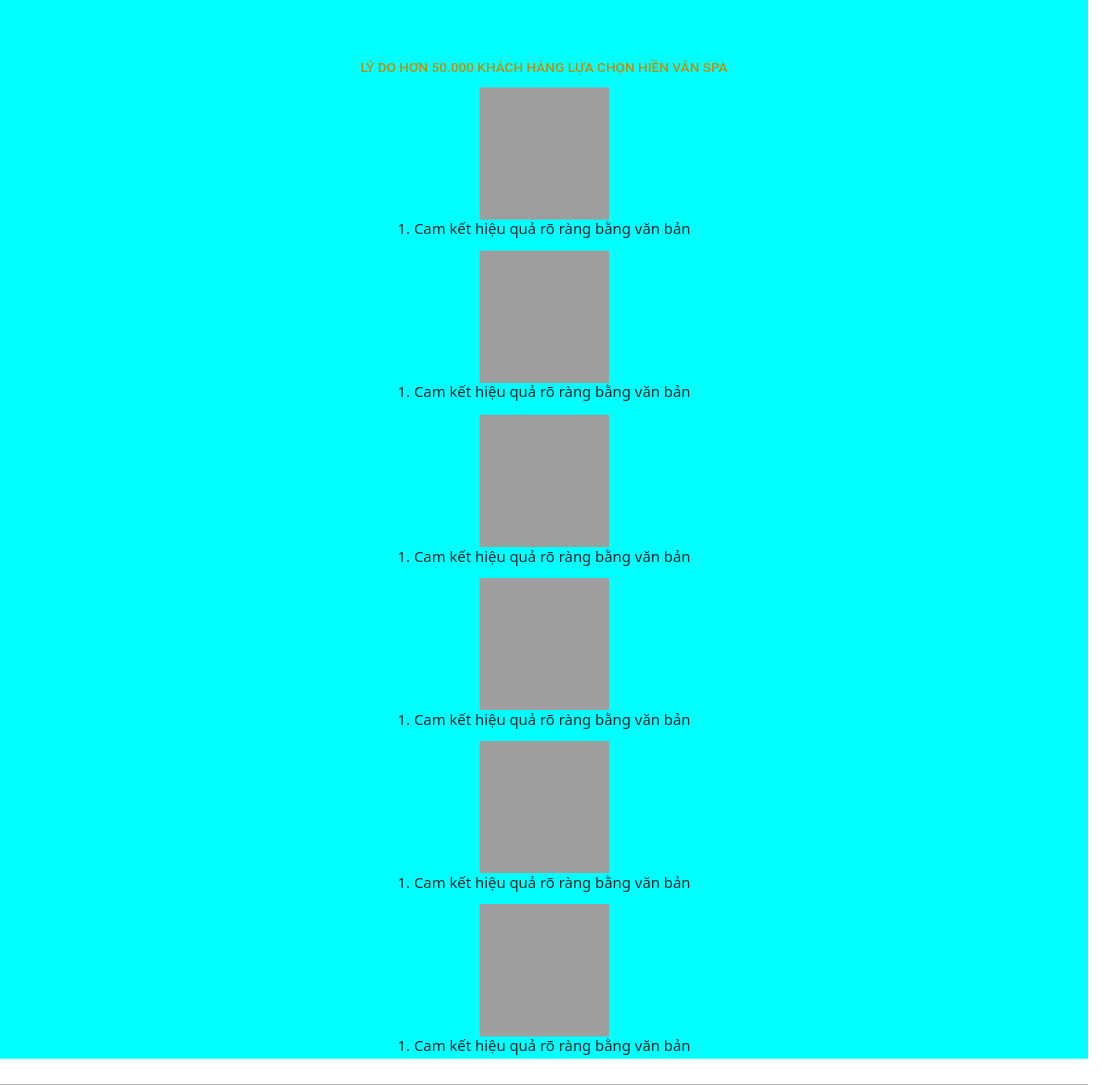
Repository: tranduykhuong/SpaKimBong
Page: /about
The author's editor kept a copy of each file at every save. The page is drawn from the files as they stood at one save, then again after the next save.
The browser window is 1280 px wide. The page is 1302 px wide, so the pictures cover 1302 px, including what lies to the right of the window. The pictures show the part of the page from y = 2229 to 3505 px (the page is 4475 px tall before and 4480 px after), at 85% of full size.
Pictures or frames that could not be fetched are drawn as grey boxes. The project was rebuilt for these pictures with package versions that can differ from the ones it lists, and the page was loaded fresh each time. Also part of the build but not shown: src/components/Header/Slider/slider.scss, src/components/Header/Slider/Slider.js, src/components/Header/ListImage/listImage.scss, src/components/Header/ListImage/ListImage.js, src/pages/Home/home.scss, src/pages/Home/ListImage/listImage.scss, src/pages/Home/ListImage/ListImage.js, src/pages/Home/BookOnline/bookOnl.scss and 6 more.

Above is the page before, as saved 2022-06-03 23:10:37.

### src/App.js
import "./App.css";
import Header from "./components/Header/Header";
import Home from "./pages/Home/Home";
import "bootstrap/dist/css/bootstrap.min.css";
import { Route, Routes } from "react-router-dom";
import About from "./pages/About/About";

function App() {
  return (
    <div className="App">
      <Header />
      <Routes>
        <Route path="/" element={<Home />} />
        <Route path="/about" element={<About />} />
      </Routes>
    </div>
  );
}

export default App;

### src/components/Header/Header.js
import React, { useEffect, useState } from "react";
import "./header.scss";
import { BsSearch, BsFacebook } from "react-icons/bs";
import { BiPhoneCall } from "react-icons/bi";
import Slider from "./Slider/Slider";
import ListImage from "./ListImage/ListImage";
import { Link, useLocation } from "react-router-dom";

function Header() {
  const path = useLocation().pathname;
  const [fixedNavbar, setFixedNavbar] = useState(false);

  useEffect(() => {
    // set fixed navbar
    const handleScroll = () => {
      if (window.scrollY < 1) {
        setFixedNavbar(true);
      }

      if (window.scrollY > 170) setFixedNavbar(true);
      else setFixedNavbar(false);
    };

    window.addEventListener("scroll", handleScroll);

    // cleanup function
    return () => {
      window.removeEventListener("scroll", handleScroll);
    };
  }, []);

  return (
    <div className="header">
      <div className={"infor " + (fixedNavbar ? "mg-navbar" : "")}>
        <div className="logo">
          <img src="../../img/logoSpa.png" alt="" />
          <div className="nameSpa">
            <h4>Thẩm mỹ - Uốn tóc</h4>
            <h2>Kim Bông</h2>
          </div>
        </div>

        <div className="search">
          <input type="text" placeholder="Tìm kiếm sản phẩm/ bài viết ..." />
          <a className="icon">
            <BsSearch className="iconSearch" />
          </a>
        </div>

        <div className="contact">
          <a href="/" className="icon">
            <BsFacebook className="iconFacebook" />
          </a>
          <a href="/" className="icon">
            <img src="../../img/Zalo.png" alt="" className="iconZalo" />
          </a>

          <div className="phone">
            <BiPhoneCall className="iconPhone" />
            <h3>03 0304 0506</h3>
          </div>
        </div>
      </div>
      <div className={"myNavbar " + (fixedNavbar ? "fixedNavbar" : "")}>
        <div className="navbarContent">
          <ul className="navbarList">
            <li className={path === "/" ? "active" : ""}>
              <Link to="/">TRANG CHỦ</Link>
            </li>
            <li className={path === "/about" ? "active" : ""}>
              <Link to="/about">GIỚI THIỆU</Link>
            </li>
            <li className={path === "/skin" ? "active" : ""}>
              <Link to="/">CHĂM SÓC DA</Link>
            </li>
            <li className={path === "/acne" ? "active" : ""}>
              <Link to="/">TRỊ MỤN</Link>
            </li>
            <li className={path === "/open-time" ? "active" : ""}>
              <Link to="/">LỊCH MỞ CỬA</Link>
            </li>
          </ul>
        </div>
      </div>
      {/* <Slider /> */}
      {/* <ListImage /> */}
    </div>
  );
}

export default Header;

### src/components/Header/header.scss
$height-navbar: 5rem;

.header {
    .mg-navbar {
        margin-bottom: $height-navbar;
    }

    .infor {
        max-width: 1200px;
        padding: .6rem 0;
        display: flex;
        justify-content: space-between;

        .logo {
            display: flex;
            flex: 1;

            img {
                height: 10rem;
            }

            .nameSpa {
                color: #eb288c;
                margin: auto 0;

                h4 {
                    font-size: 1.8rem;
                    font-weight: 500;
                }

                h2 {
                    font-size: 2.4rem;
                }
            }
        }


        .search {
            margin: auto 0;
            border-radius: 50px;
            border: solid .1rem #eb288c;
            height: 37px;
            display: flex;

            input {
                font-size: 1.4rem;
                margin: auto 16px;
                min-width: 26rem;
                border: none;
                outline: none;
            }

            .icon {
                margin: auto 10px;
                cursor: pointer;
            }

            .iconSearch {
                width: 1.8rem;
                height: 1.8rem;
                color: #eb288c;

                &:hover {
                    color: #f867b2;
                }
            }
        }

        .contact {
            display: flex;
            margin-left: 20px;

            .icon {
                margin: auto 0;
                margin-left: 10px;

            }

            .iconFacebook {
                width: 2.8rem;
                height: 2.8rem;
                color: rgba($color: #0570e6, $alpha: 1.0);
            }

            .iconZalo {
                width: 2.8rem;
                height: 2.8rem;
                border-radius: 50%;
            }

            .phone {
                margin: auto 0;
                margin-left: 20px;
                display: flex;

                .iconPhone {
                    width: 2.6rem;
                    height: 2.6rem;
                }

                h3 {
                    font-size: 1.4rem;
                    font-weight: 500;
                    margin: auto 4px;
                }
            }

        }
    }

    .fixedNavbar {
        position: fixed;
        top: 0;
        left: 0;
        z-index: 50;
        width: 100%;
        animation: fixedNavbar 1s forwards;
    }

    @keyframes fixedNavbar {
        from {
            top: -5rem;
            opacity: 0;
        }

        to {
            top: 0;
            opacity: 1;
        }
    }

    .myNavbar {
        height: $height-navbar;
        background-color: #eb288c;

        .navbarContent {
            max-width: 1200px;
            margin: 0 auto;

            .navbarList {
                display: flex;
                margin: 0 1rem;
                // justify-content: space-evenly;

                li {
                    list-style: none;

                    a {
                        line-height: $height-navbar;
                        height: $height-navbar;
                        display: block;
                        color: #fff;
                        font-size: 1.6rem;
                        font-weight: 600;
                        text-decoration: none;
                        padding: 0 2rem;
                    }

                    &:hover {
                        background-color: #f844a1;
                        cursor: pointer;
                    }
                }

                .active {
                    background-color: #dd0876;
                }
            }
        }
    }
}

### src/components/Footer/Footer.js
import React, { useEffect } from "react";
import "./footer.scss";
import { BsFacebook } from "react-icons/bs";
import { RiCupLine } from "react-icons/ri";
import { VscFeedback } from "react-icons/vsc";

const Footer = () => {
  return (
    <div className="footer">
      <div className="logo">
        <div className="info">
          <img src="../../img/logoSpa.png" alt="" />
          <div className="nameSpa">
            <h4>Thẩm mỹ - Uốn tóc</h4>
            <h2>Kim Bông</h2>
          </div>
        </div>

        <h5>
          Spa Kim Bông luôn nỗ lực không ngừng để đem đến cho khách hàng những
          dịch vụ hoàn hảo nhất.
        </h5>
      </div>

      <div className="address">
        <h3>Hotline</h3>
        <div className="hotline">03 0304 0506</div>
        <h3>Địa chỉ</h3>
        <h4>Vĩnh Hòa, Chợ Lách, Bến Tre</h4>
        <h3>THỜI GIAN MỞ CỬA</h3>
        <h4>7:00 - 21:00 hàng ngày</h4>
      </div>
      <div className="contact">
        <h3>Kết nối với Kim Bông</h3>
        <a href="/" className="icon">
          <BsFacebook className="iconFacebook" />
        </a>
        <a href="/" className="icon">
          <img src="../../img/Zalo.png" alt="" className="iconZalo" />
        </a>
      </div>

      <div className="subFooter">
        <div className="report">
          <RiCupLine className="icon" />
          <div>
            <h3>Gửi phản hồi</h3>
            <p>Nếu có gì không hài lòng hãy phản hồi với Kim Bông</p>
            <div className="btn">Gửi phản hồi</div>
          </div>
        </div>
        <div className="feedback">
          <VscFeedback className="icon" />
          <div>
            <h3>Nhận xét, Đánh giá</h3>
            <p>
              Nếu bạn đã đến với Spa Kim Bông, hãy để lại nhận xét cho Kim Bông
              nhé
            </p>
            <div className="btn">Nhận xét ngay</div>
          </div>
        </div>
      </div>
    </div>
  );
};

export default Footer;

### src/pages/About/About.scss
.container1 {
  .container-image {
    width: 100%;
    height: 400px;
    // padding: 5rem;
    // display: flex;
    align-items: center;
    justify-content: center;
    background-image: url("https://i.pinimg.com/originals/2c/84/5a/2c845a66b8ad2a8aafd288bdc16cd459.jpg");
  }
  .container-background-content {
    background-image: url("https://i.pinimg.com/originals/2c/84/5a/2c845a66b8ad2a8aafd288bdc16cd459.jpg");

    .container-content {
      display: flex;
      width: 100%;
      background-color: rgba(255, 255, 255, 0.85);

      .content-left {
        width: 60%;
        padding: 0 35px 30px;
        margin-left: 100px;
        text-align: left;

        .title {
          margin: 30px 0;
          h1 {
            font-size: 3rem;
            font-weight: bolder;
            line-height: 1.6;
          }
        }

        .box {
          .box-content-img {
            background-color: #eb288c;
            border-radius: 37px;
            margin-bottom: 30px;
            .image {
              padding: 20px 20px 0 20px;

              img {
                width: 100%;
                height: 200px;
              }
            }

            .content {
              padding: 0 20px 30px 20px;

              p {
                font: 16px Roboto, sans-serif;
                text-align: justify;
                line-height: 1.6;
                color: white;
                font-weight: 500;
              }
            }
          }

          .box-content {
            background-color: #eb288c;
            border-radius: 37px;
            margin-bottom: 30px;

            .content {
              padding: 20px 20px 30px 20px;

              p {
                font: 16px Roboto, sans-serif;
                text-align: justify;
                line-height: 1.6;
                color: white;
                font-weight: 500;
              }
            }
          }
        }
      }

      .image-right {
        width: 40%;
        .image-box {
          padding: 400px 0px 0px;
          img {
            padding: 0 100px 30px 30px;
          }
        }
      }
    }
  }
  .container-background-founder {
    background-image: url("https://i.pinimg.com/originals/2c/84/5a/2c845a66b8ad2a8aafd288bdc16cd459.jpg");

    .box-founder {
      display: flex;
      width: 100%;

      .founder-left {
        width: 55%;
      }

      .info-founder {
        width: 45%;
        text-align: left;
        .text-info {
          padding: 0 30px 30px;
          margin: 30px 0 30px;

          h2 {
            text-transform: uppercase;
            font-family: Roboto, sans-serif;
            font-size: 40px;
            letter-spacing: 0.05em;
            margin: 0 0 13px;
            color: #be8c28;
          }
          h3 {
            font-family: Roboto, sans-serif;
            font-size: 30px;
            font-weight: bold;
            letter-spacing: 0.05em;
            margin: 0 0 10px;
            color: white;
          }
          p {
            font-family: Roboto, sans-serif;
            font-size: 16px;
            margin: 0 0 21px;
            color: white;
            line-height: 1.6;
            padding-right: 120px;
          }
        }
      }
    }
  }

  .container-bg-future-orientation {
    background-image: url("https://i.pinimg.com/originals/2c/84/5a/2c845a66b8ad2a8aafd288bdc16cd459.jpg");

    .container-future-orientation {
      display: flex;
      width: 100%;
      margin-top: 30px;

      .future-orientation-left {
        width: 41.6666666667%;
      }

      .future-orientation-right {
        width: 59.3333333333%;
        padding: 30px 30px 30px;
        text-align: left;

        .content {
          p {
            font: 16px Roboto, sans-serif;
            text-align: justify;
            line-height: 1.6;
            font-weight: 500;
          }
        }

        .box-3-image {
          display: flex;
          width: 100%;
          justify-content: space-between;

          .box-image {
            box-shadow: 0 0 10px midnightblue;
          }

          .box-image:hover {
            box-shadow: none;
          }
        }
      }
    }
  }
  .container-bg-reason {
    background-color: aqua;
    padding-top: 70px;

    .reason-title {
      h2 {
        margin: 0 0 12px;
        color: #be8e0c;
        font-family: "Roboto", sans-serif;
        font-size: 1.6rem;
        line-height: 1.3;
      }
    }
  }
}

### src/components/Footer/footer.scss
$title-color: #fff;

.footer {
    background-image: url(../../../public/img/sparkle1.png), url(../../../public/img/sparkle2.png);
    width: 100%;
    height: 400px;
    background-color: #eb288c;
    animation: sparkle 60s linear infinite;
    padding: 14rem 3rem 0;
    display: flex;
    justify-content: space-around;
    position: relative;
    margin-top: 16rem;

    .logo {
        flex: 1;

        .info {
            display: flex;

            img {
                height: 10rem;
            }

            .nameSpa {
                color: $title-color;
                margin: 1rem;

                h4 {
                    font-size: 1.8rem;
                    font-weight: 500;
                }

                h2 {
                    font-size: 2.4rem;
                }
            }
        }

        h5 {
            margin: 2rem .6rem;
            font-size: 1.8rem;
            font-weight: 400;
            color: #ddd;
        }
    }

    .contact {
        flex: 1;

        h3 {
            margin-bottom: 1.8rem;
            color: $title-color;
        }

        .icon {
            margin: auto 0;
            margin-left: 10px;

        }

        .iconFacebook {
            width: 3.6rem;
            height: 3.6rem;
            color: rgba($color: #0570e6, $alpha: 1.0);
            background-color: $title-color;
            border-radius: 50%;
        }

        .iconZalo {
            width: 3.7rem;
            height: 3.7rem;
            border-radius: 50%;
        }
    }

    .address {
        color: #ddd;
        flex: 1;

        h3 {
            // margin-bottom: 2rem;
            color: $title-color;
        }

        h4 {
            margin-bottom: 2rem;
        }

        .hotline {
            padding: .6rem;
            font-size: 1.8rem;
            margin: .8rem 1rem 2rem;
            border: 1px solid $title-color;
            border-radius: 2rem;

            &:hover {
                color: $title-color;
                cursor: pointer;
            }
        }
    }

    @keyframes sparkle {
        0% {
            background-position: 0px 0px, 0px 0px, 0px 0px;
        }

        100% {
            background-position: -500px -1000px, -400px -400px, 300px 300px;
        }
    }

    .subFooter {
        width: 100%;
        max-width: 90rem;
        min-height: 20rem;
        box-shadow: 0 3px 6px -4px rgba(0, 0, 0, 0.2), 0 3px 6px rgba(0, 0, 0, 0.3);

        background-color: #fff;
        border-radius: 1rem;
        z-index: 50;
        top: -10rem;
        left: 50%;
        transform: translateX(-50%);
        position: absolute;
        display: flex;
        padding: 3rem;
        justify-content: space-around;

        .report,
        .feedback {
            display: flex;
            flex: 1;
            justify-content: center;

            h3 {
                text-transform: uppercase;
                font-size: 2.4rem;
                color: #eb288c;
            }

            p {
                font-size: 1.6rem;
                padding: 1rem;
            }

            .icon {
                height: 10rem;
                width: 10rem;
                margin-right: 2rem;
            }

            .btn {
                padding: 0.8rem 1.2rem;
                background-color: #eb288c;
                border-radius: 2rem;
                font-size: 1.6rem;
                color: #fff;

                &:hover {
                    background-color: #cc1574;
                }
            }
        }

        .report {
            border-right: 1px solid #ddd;
        }

        .feedback {
            margin-left: 1rem;
        }
    }
}

Loaded but not shown: public/index.html (common file); src/index.js (common file); src/index.css (common file); src/reportWebVitals.js (common file); src/App.css (common file); src/pages/About/About.js (276 lines, source omitted)

After the next save:
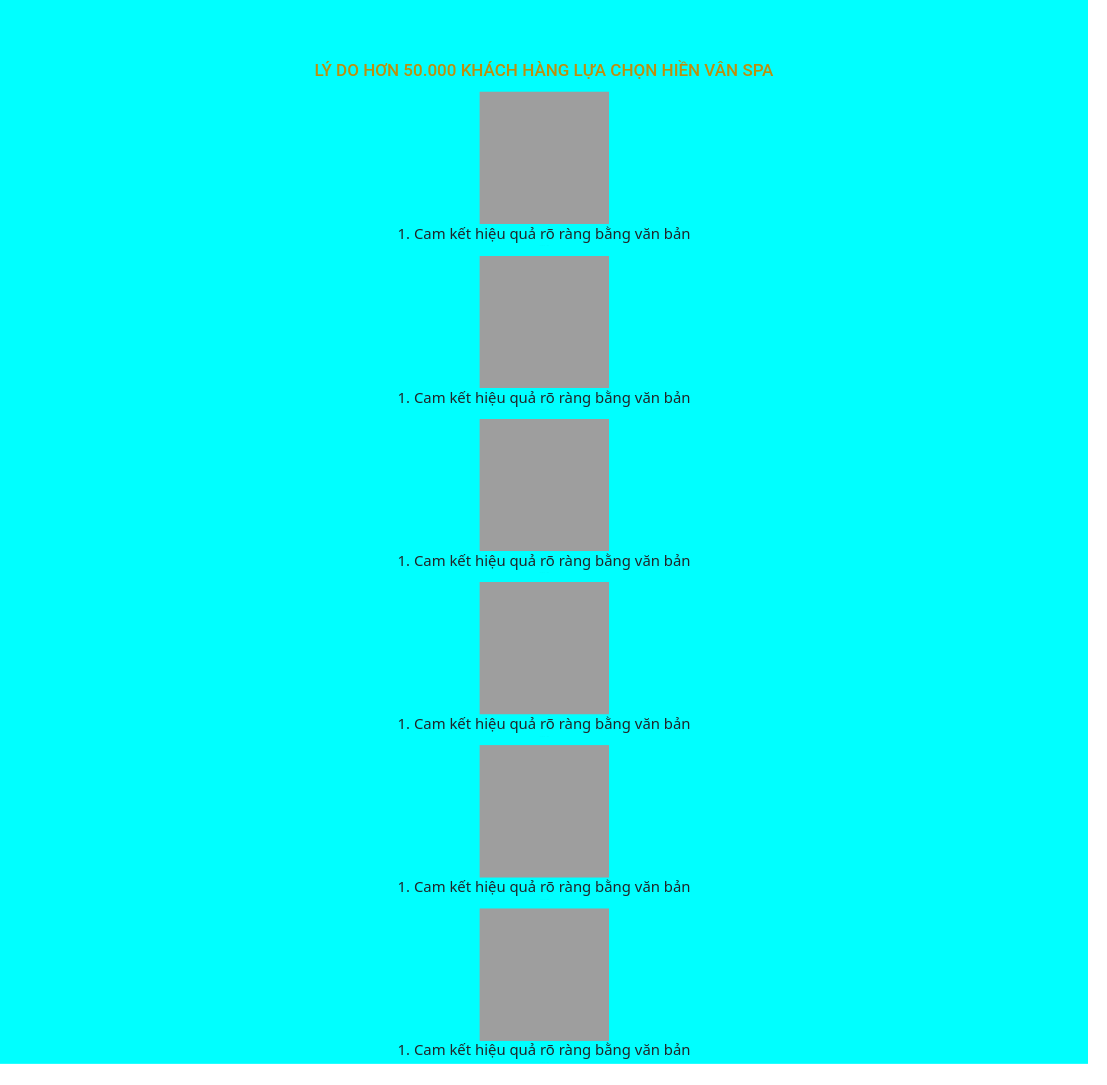
Saved 5 s later.
--- a/src/pages/About/About.scss
+++ b/src/pages/About/About.scss
@@ -187,7 +187,7 @@
         margin: 0 0 12px;
         color: #be8e0c;
         font-family: "Roboto", sans-serif;
-        font-size: 1.6rem;
+        font-size: 20px;
         line-height: 1.3;
       }
     }
